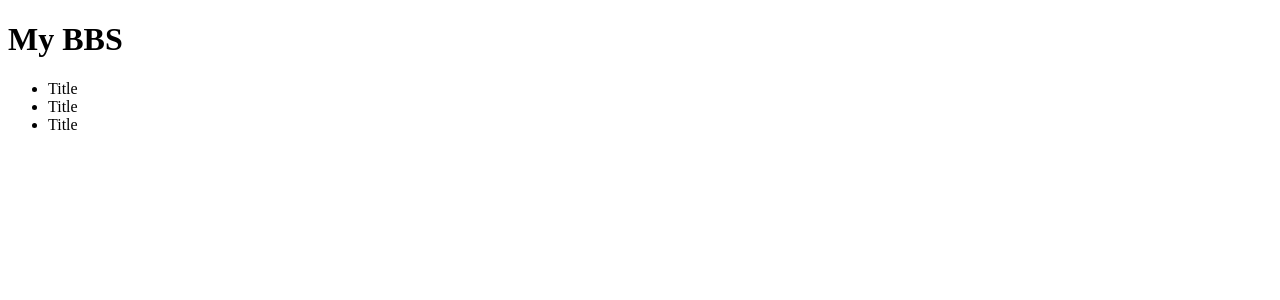
Repository: ponchanx/laravel
Page: http://localhost/
An editor plug-in stored every save of this project. The page is shown before and after a run of saves, followed by the edit.
The browser window is 1280 px wide. The pictures show the whole page.
The page is served by the project's Laravel application, run on PHP 8.4 with Laravel 9.

Above is the page before, as saved 2022-02-23 15:26:33.

After the next 4 saves:
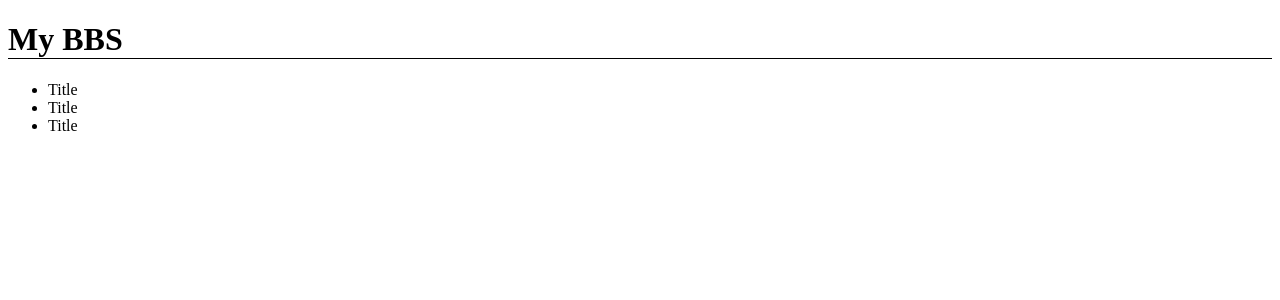
The 4 saves are shown as one change because they came seconds apart.
The last was saved 16 s later.
--- a/MyBSS/public/css/style.css
+++ b/MyBSS/public/css/style.css
@@ -1,3 +1,3 @@
 h1 {
-    bb
+    border-bottom: 1px solid #000;
 }
